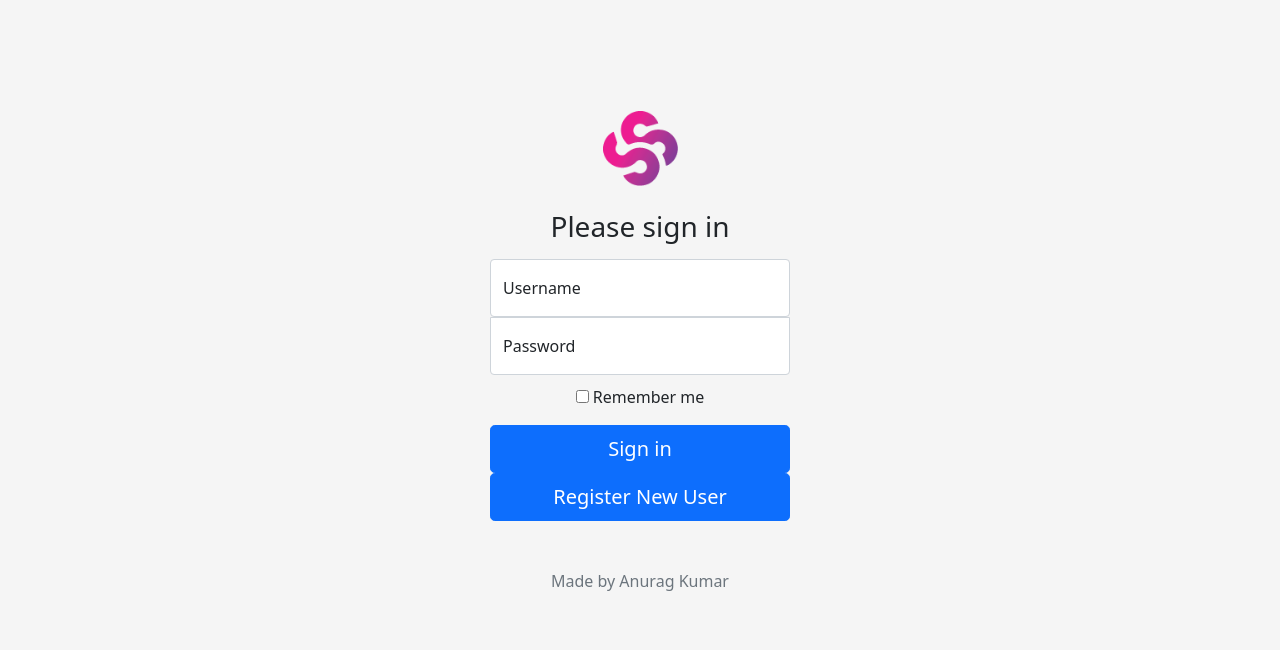
Repository: anuragkr41/FSDPhase3
Page: http://localhost/sporty-shoes/WEB-INF/view/login.jsp
The author's editor kept a copy of each file at every save. The page is drawn from the files as they stood at one save, then again after the next save.
The browser window is 1280 px wide. The pictures show the whole page.
The page is served by Tomcat 9. Nobody is signed in. The template is opened directly, without the code that normally fills it, so the values that code supplies are empty.

Above is the page before, as saved 2021-07-25 17:31:05.

After the next save:
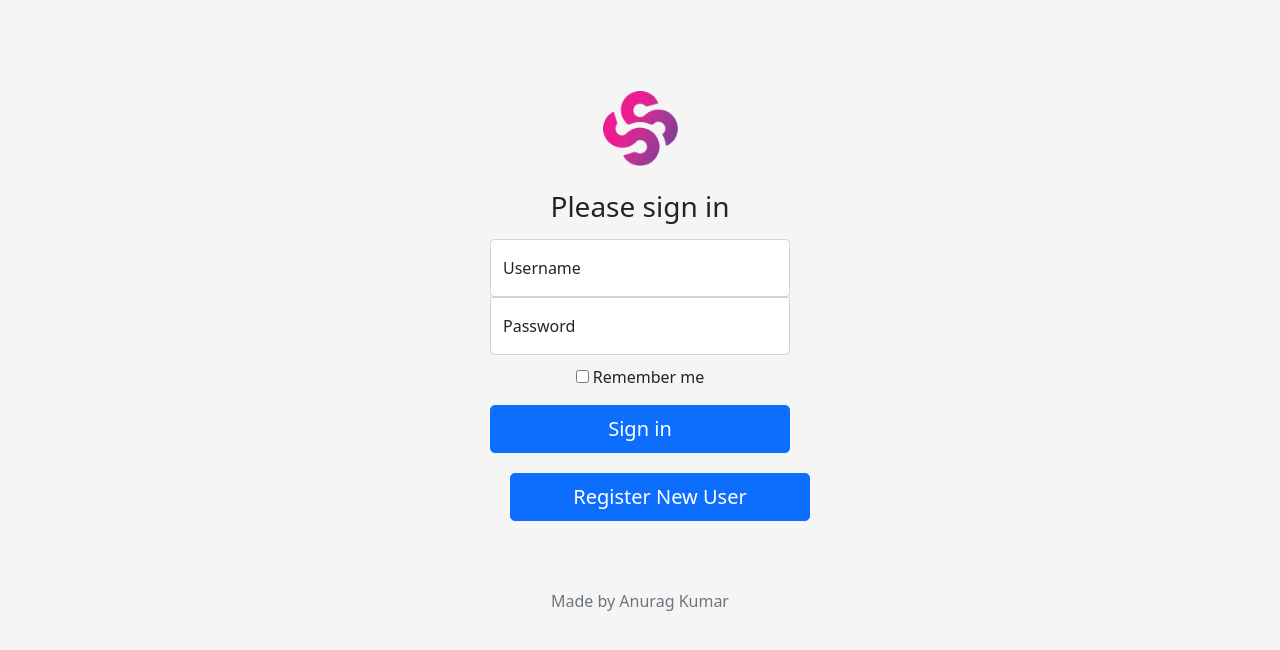
Saved 79 s later.
--- a/sporty-shoes/WebContent/WEB-INF/view/login.jsp
+++ b/sporty-shoes/WebContent/WEB-INF/view/login.jsp
@@ -65,7 +65,7 @@
         </label>
       </div>
      <button class="w-100 btn btn-lg btn-primary" type="submit">Sign in</button>
-     <button class="w-100 btn btn-lg btn-primary" type="submit">Register New User</button>
+     <button class="w-100 btn btn-lg btn-primary" style='margin: 20px' type="submit">Register New User</button>
       <p class="mt-5 mb-3 text-muted"> Made by Anurag Kumar</p>
 
     </form:form>
